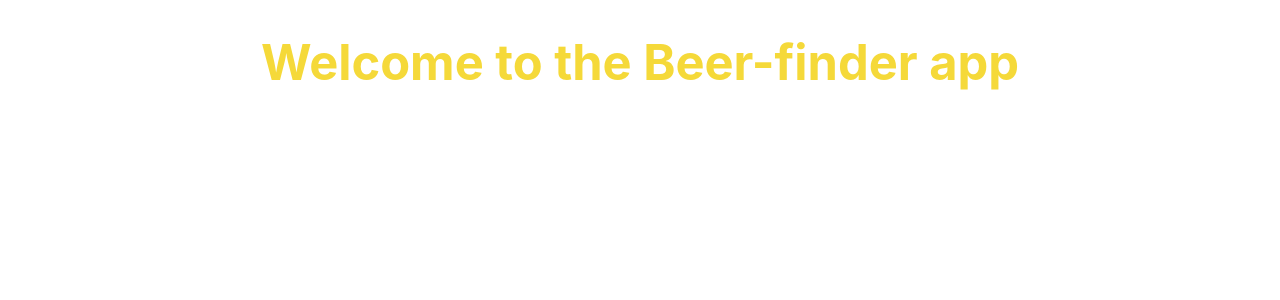
Repository: marcinszymaszek/beer-finder
Page: /
The author's editor kept a copy of each file at every save. The page is drawn from the files as they stood at one save, then again after the next save.
The browser window is 1280 px wide. The pictures show the whole page.
The project was rebuilt for these pictures with package versions that can differ from the ones it lists, and the page was loaded fresh each time.

Above is the page before, as saved 2020-05-10 20:06:13.

After the next save:
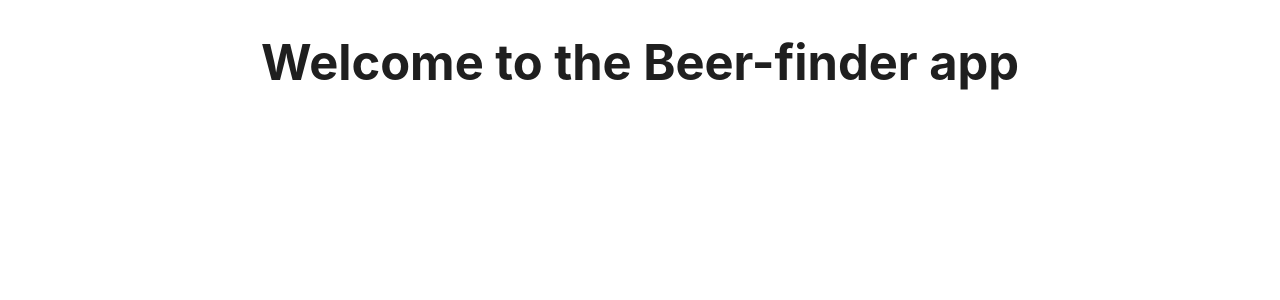
Saved 18 s later.
--- a/src/components/main/App.css
+++ b/src/components/main/App.css
@@ -4,5 +4,5 @@
   display: flex;
   flex-direction: column;
   font-size: calc(10px + 2vmin);
-  color: #f5d939;
+  color: #1f1f1f;
 }
